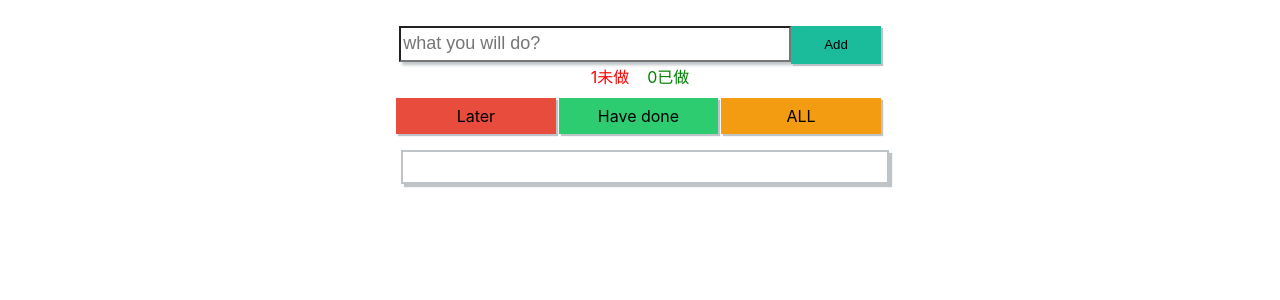
Repository: yurensmile/todolist
Page: /, after clicking the first element matching `button`
An editor plug-in stored every save of this project. The page is shown before and after the next save, followed by the edit.
The browser window is 1280 px wide. The pictures show the whole page.
The project was rebuilt for these pictures with package versions that can differ from the ones it lists, and the page was loaded fresh each time. Also part of the build but not shown: src/All.js, src/HaveDone.js.

Above is the page before, as saved 2019-03-20 17:47:29.

### src/App.js
import React, { Component } from 'react';
import Todos from './Todos'
import './App.css';

class App extends Component {

  constructor() {
    super();
    this.state={
      inputValue: '',
      laters: [],
      havedones: [],
      checked: false,
      id: 1
    };
    this.updateHavedone = this.updateHavedone.bind(this);
    this.updateLaters = this.updateLaters.bind(this);
  }

  handleOnClick() {
    this.setState(state =>{
      const laters = state.laters.concat(state.inputValue);

      return {
        laters,
        inputValue: ""
      }
    })
    console.log(this.state.all);
  }
  updateInputValue(e) {
    this.setState({
      inputValue: e.target.value
    })
  }

// 点击了三栏内容
  contentOnclick(e) {
    let choice = e.target.innerHTML;
    this.setState((preState)=>{
      switch(choice){
        case "Later": return {id: 1};
        case "Have done": return {id: 2};
        case "ALL": return {id: 3};
        default: return {id:1};
      }
    })
  }

 // 如果todo中的某个被点击，则在todo中删除，并添加到havedone中
  updateHavedone(index, item){
    this.setState(state => {
      let n = state.laters.indexOf(item);
      let tem = state.laters.slice();
      tem.splice(n, 1);
      let havedones = state.havedones.concat(item);
      return ({
        havedones,
        laters: tem
      })
    })
  }

// 如果havedone中的某个被点击，则在havedone中删除，并添加到later中
  updateLaters(index, item){
    console.log("this is updatelaters");
    this.setState(state => {
      let n = state.havedones.indexOf(item);
      let tem = state.havedones.slice();
      tem.splice(n, 1);
      let laters = state.laters.concat(item);
      return({
        laters,
        havedones: tem
      })
    })
  }

  render() {
    return (
      <div className="App">
        <input type="text" placeholder="what you will do?" name="todo" value={this.state.inputValue} onChange={this.updateInputValue.bind(this)}/>
        <button onClick={this.handleOnClick.bind(this)}>Add</button><br/>
        <span style={{color: "red"}}>{this.state.laters.length}未做&nbsp;&nbsp;&nbsp;&nbsp;</span>
        <span style={{color: "green"}}>{this.state.havedones.length}已做</span>
        <div id="content" onClick={this.contentOnclick.bind(this)}>
          <div className="choice later">Later</div>
          <div className="choice havedone" >Have done</div>
          <div className="choice all">ALL</div>
        </div>
        {/* 列表内容 */}
        <Todos
          id={this.state.id}
          laters={this.state.laters}
          havedones={this.state.havedones}
          all={this.state.all}
          updateHavedones={this.updateHavedone}
          updateLaters={this.updateLaters}
        />
      </div>
    );
  }
}

export default App;

### src/Todos.js
import React, { Component } from 'react';
import All from './All'
import HaveDone from './HaveDone'
import Later from './Later'

class Todos extends Component{

  render(){
    return(
      <div>
        {
          (()=>{
            switch(this.props.id){
              case 1: return <Later laters={this.props.laters}
                                  updateHavedones={this.props.updateHavedones}
                                  />;
              case 2: return <HaveDone havedones={this.props.havedones}
                                  updateLaters={this.props.updateLaters}
                                  />;
              case 3: return <All laters={this.props.laters} havedones={this.props.havedones}/>
              default: console.log("sofunny");
            }

          })()}
      </div>
    )
  }
}
export default Todos;

### src/App.css
.App {
  margin-top: 2%;
  text-align: center;
}

input[type="checkbox"]{
  visibility: hidden;
}

ul{
  list-style-type: none;
}
li{
  display: inline-block;
  width: 39%;
  line-height: 30px;
  height: 30px;
  margin-bottom: 4px;
  margin-left: -4%;
  text-align: left;
  border: 2px solid rgba(189, 195, 199,1.0);
  box-shadow: 3px 3px 1px rgba(189, 195, 199,1.0);
}
.choice{
  margin-top: 10px;
  margin-right: 3px;
  box-shadow: 2px 2px 1px rgba(189, 195, 199,1.0);
  display: inline-block;
  width: 12%;
  height: 30px;
  text-align: center;
  line-height: 30px;
  border:3px solid rgb(197, 193, 193);
}
.later{
  /* border-color: red; */
  background-color: rgba(231, 76, 60,1.0);
  border-color: rgba(231, 76, 60,1.0);
}
.havedone{
  /* border-color: green; */
  background-color:rgba(46, 204, 113,1.0);
  border-color: rgba(46, 204, 113,1.0);
}
.all{
  background-color: rgba(243, 156, 18,1.0);
  border-color:rgba(243, 156, 18,1.0);
}

.toggle{
  display: inline-block;
}
.App-link {
  color: #61dafb;
}
input[type="text" ]{
  width: 30%;
  height: 30px;
  box-shadow: 3px 3px 3px rgba(189, 195, 199,1.0);
  font-size: 18px;
}

button{
  background-color: rgba(26, 188, 156,1.0);
  border: 0px;
  width: 7%;
  height: 38px;
  box-shadow: 2px 2px 1px rgba(189, 195, 199,1.0);
}

#content{
  margin-left: auto;
  margin-right: auto;
}

### src/Later.js
import React, { Component } from 'react';

class Later extends Component{
  constructor(props){
    super(props);
    this.state = {
      checked: false,
    };
  }

  // 点击了todo 列表的内容
  handleTodoOnclick(checked, index, item, e){
    // if e.target is not text
        // let box = e.target.previousSibling;
        this.setState((preState)=>{
          return {checked: !preState.checked}
        });
        if(checked){
          // thing to later
          // box.checked = false;
        }else{
          // thing to have done
          // box.checked = true;
  //如果later中的某个被点击，则在later中删除，并添加到havedone中
          this.props.updateHavedones(index, item);
        }
      }
  render(){
    return (
      <ul>
        {this.props.laters.map((item, index)=>{
          return (
            <div onClick={
              this.handleTodoOnclick.bind(this, this.state.checked, index, item)
              }>
              <input className="toggle" type="checkbox"/>
              <li class="left" style={{color: "red"}} key={index}>{item}</li>
            </div>
          )
        })}
      </ul>
    )
  }
}

export default Later;

Loaded but not shown: public/index.html (common file); src/index.js (common file); src/index.css (common file); src/serviceWorker.js (common file)

After the next save:
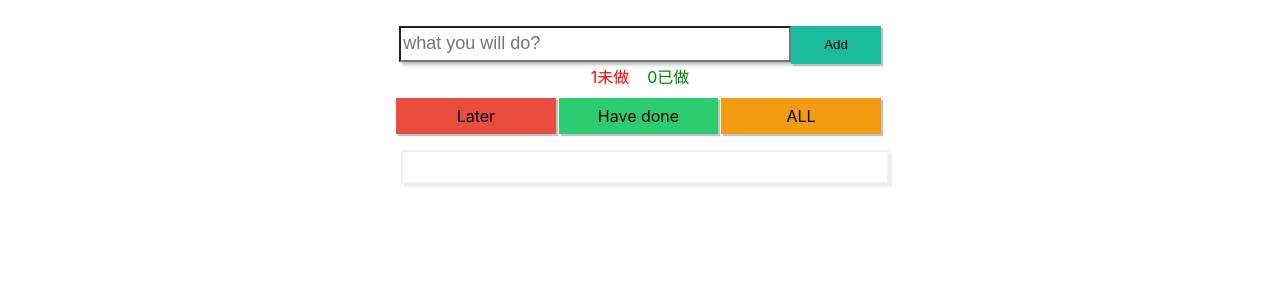
Saved 17 s later.
--- a/src/App.css
+++ b/src/App.css
@@ -18,8 +18,8 @@ li{
   margin-bottom: 4px;
   margin-left: -4%;
   text-align: left;
-  border: 2px solid rgba(189, 195, 199,1.0);
-  box-shadow: 3px 3px 1px rgba(189, 195, 199,1.0);
+  border: 2px solid rgba(236, 240, 241,1.0);
+  box-shadow: 3px 3px 1px rgba(236, 240, 241,1.0);
 }
 .choice{
   margin-top: 10px;
